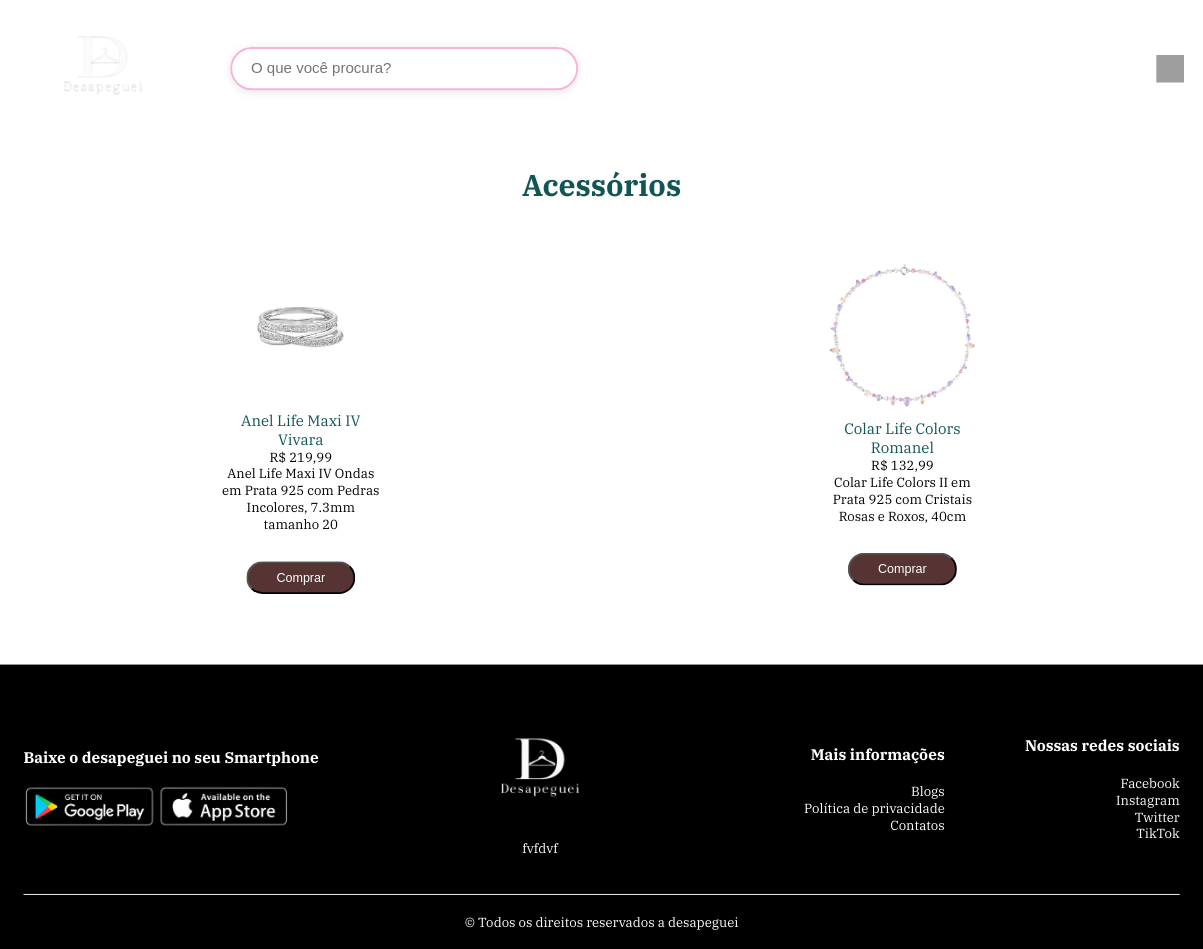
Repository: lanai-giani/Desapeguei
Page: http://localhost/desapeguei/categorias/acessorios.php
The author's editor kept a copy of each file at every save. The page is drawn from the files as they stood at one save, then again after the next save.
The browser window is 1280 px wide. The pictures show the whole page, at 94% of full size.
Pictures or frames that could not be fetched are drawn as grey boxes. The page is run by PHP 8.4 with error messages shown; the project is at /var/www/html/. The database holds what the project's SQL file puts in it.

Above is the page before, as saved 2025-06-27 18:50:54.

After the next save:
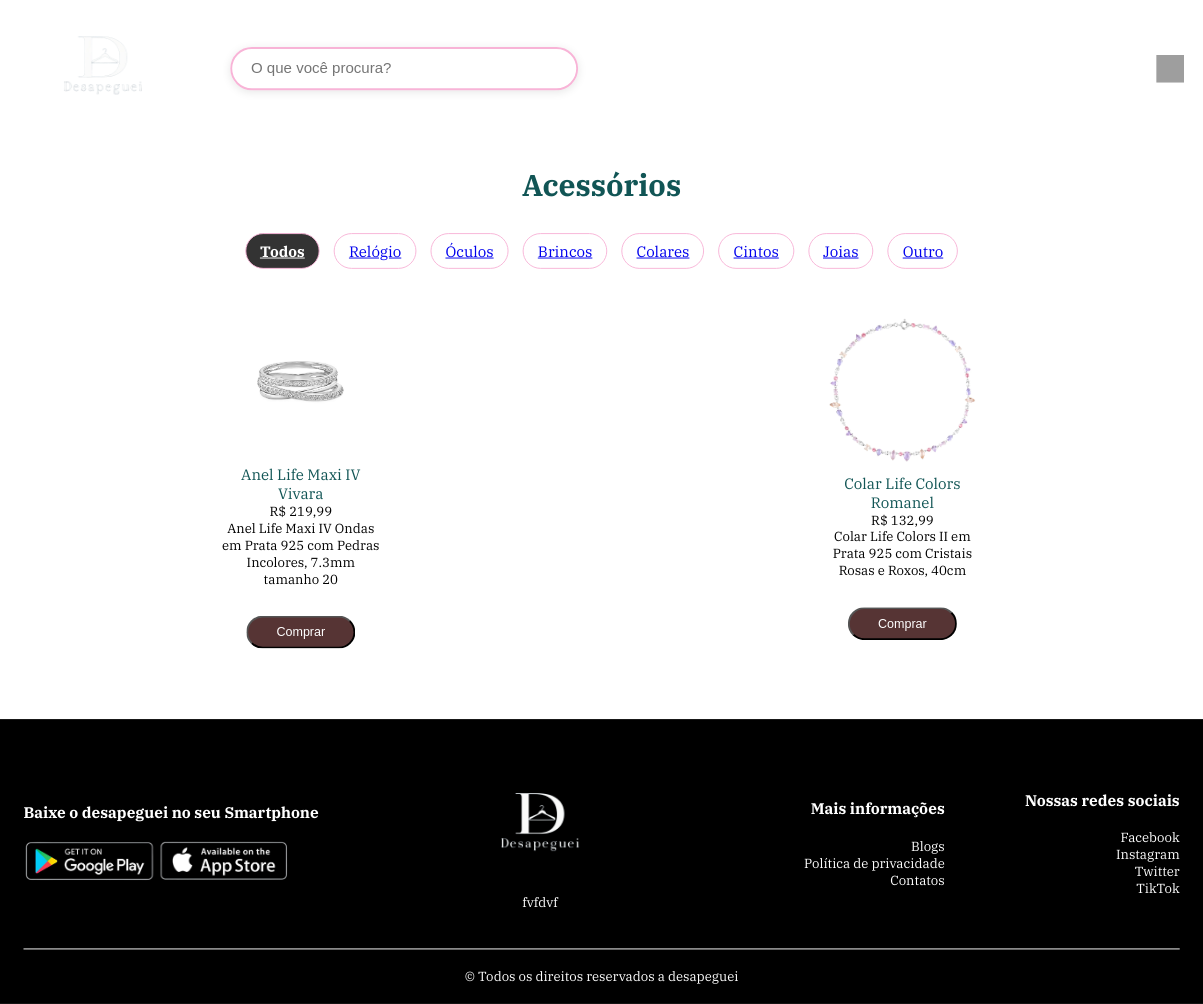
Saved 11 min 31 s later.
--- a/categorias/acessorios.php
+++ b/categorias/acessorios.php
@@ -3,11 +3,19 @@
 require_once __DIR__ . '/../php/conexao.php';
 
 $categoria = 'acessorios';
+$subcategoria = $_GET['subcategoria'] ?? '';
 
-$stmt = $pdo->prepare("SELECT * FROM anuncios WHERE categoria = ?");
-$stmt->execute([$categoria]);
+if ($subcategoria) {
+    $stmt = $pdo->prepare("SELECT * FROM anuncios WHERE categoria = ? AND subcategoria = ?");
+    $stmt->execute([$categoria, $subcategoria]);
+} else {
+    $stmt = $pdo->prepare("SELECT * FROM anuncios WHERE categoria = ?");
+    $stmt->execute([$categoria]);
+}
+
 $anuncios = $stmt->fetchAll();
 ?>
+
 <!DOCTYPE html>
 <html lang="pt-br">
 <head>
@@ -48,7 +56,17 @@
 
     <div class="container">
         <h1 class="titulo-categoria">Acessórios</h1>
+        <div class="filtros">
+            <a href="acessorios.php" class="btn-filtro <?= empty($_GET['subcategoria']) ? 'ativo' : '' ?>">Todos</a>
+            <a href="acessorios.php?subcategoria=relogio" class="btn-filtro <?= ($_GET['subcategoria'] ?? '') === 'relogio' ? 'ativo' : '' ?>">Relógio</a>
+            <a href="acessorios.php?subcategoria=oculos" class="btn-filtro <?= ($_GET['subcategoria'] ?? '') === 'oculos' ? 'ativo' : '' ?>">Óculos</a>
+            <a href="acessorios.php?subcategoria=brinco" class="btn-filtro <?= ($_GET['subcategoria'] ?? '') === 'brinco' ? 'ativo' : '' ?>">Brincos</a>
+            <a href="acessorios.php?subcategoria=colar" class="btn-filtro <?= ($_GET['subcategoria'] ?? '') === 'colar' ? 'ativo' : '' ?>">Colares</a>
+            <a href="acessorios.php?subcategoria=cinto" class="btn-filtro <?= ($_GET['subcategoria'] ?? '') === 'cinto' ? 'ativo' : '' ?>">Cintos</a>
+            <a href="acessorios.php?subcategoria=joias" class="btn-filtro <?= ($_GET['subcategoria'] ?? '') === 'joias' ? 'ativo' : '' ?>">Joias</a>
+            <a href="acessorios.php?subcategoria=outro" class="btn-filtro <?= ($_GET['subcategoria'] ?? '') === 'outro' ? 'ativo' : '' ?>">Outro</a>
 
+        </div>
         </div>
 
         <div class="linha produtos-container">
